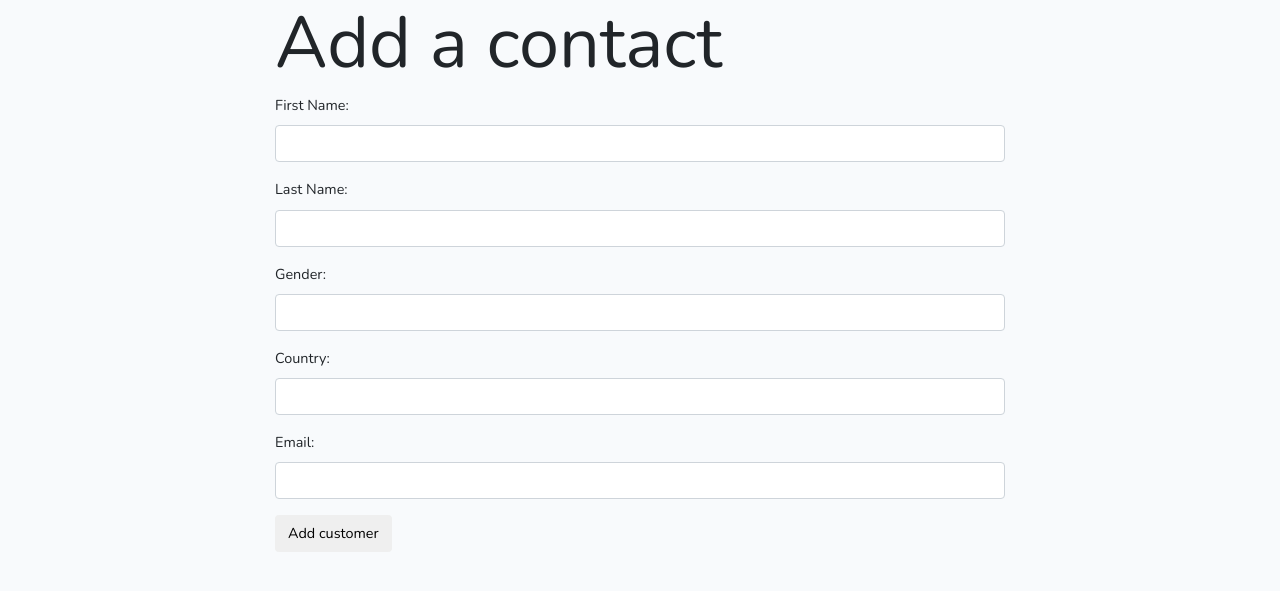
Repository: GilmarBrito/kcsit
Page: http://localhost/customers/create
The author's editor kept a copy of each file at every save. The page is drawn from the files as they stood at one save, then again after the next save.
The browser window is 1280 px wide. The pictures show the whole page.
The page is served by the project's Laravel application, run on PHP 8.4 with Laravel 8. Style sheets and scripts are compiled from the project's sources, by tool versions that may differ from the author's.

Above is the page before, as saved 2020-03-08 14:41:30.

After the next save:
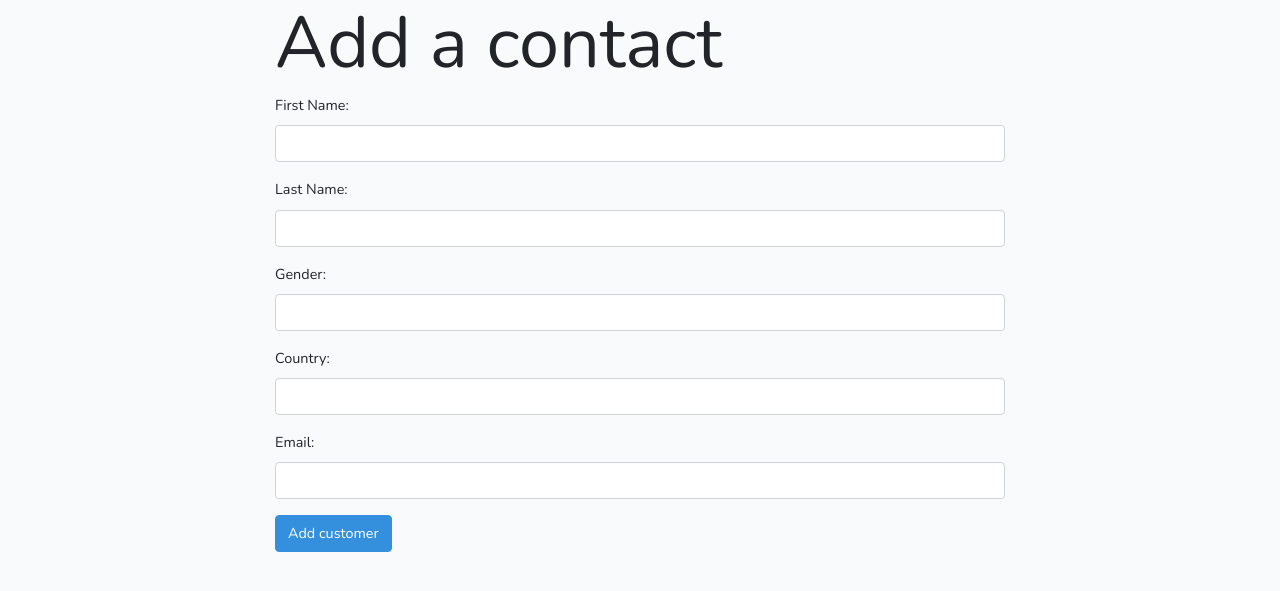
Saved 2 min 36 s later.
--- a/resources/views/customers/create.blade.php
+++ b/resources/views/customers/create.blade.php
@@ -38,7 +38,7 @@
                     <label for="email">Email:</label>
                     <input type="email" class="form-control" name="email"/>
                 </div>
-                <button type="submit" class="btn btn-primary-outline">Add customer</button>
+                <button type="submit" class="btn btn-primary">Add customer</button>
             </form>
         </div>
     </div>
